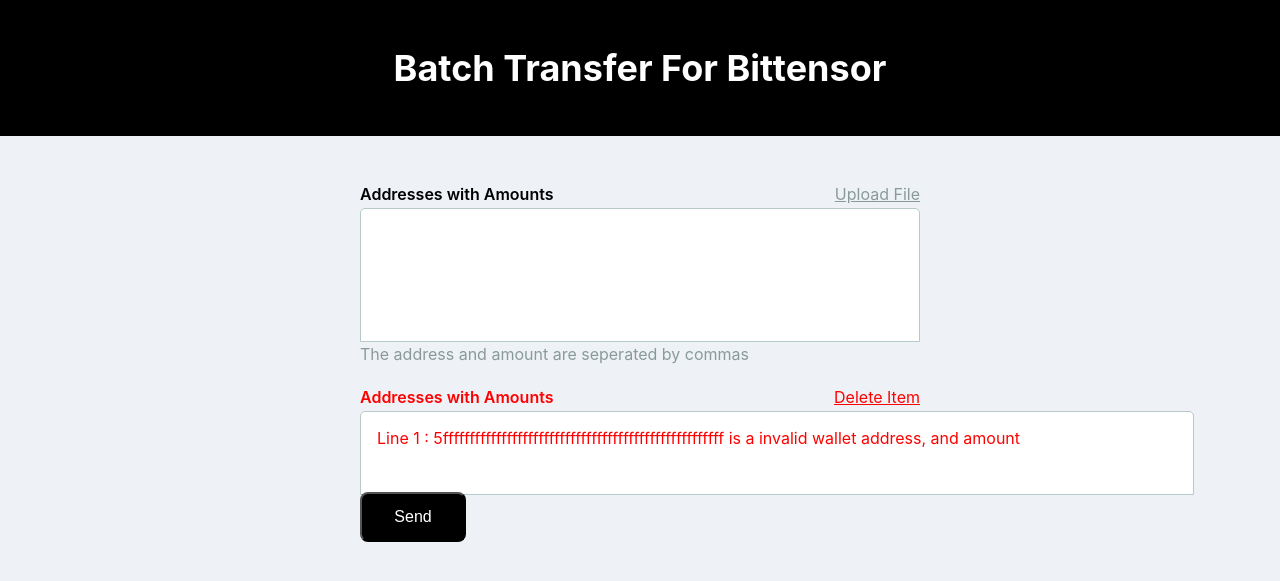
Repository: Dawid-Ace/batch_transfer_tao_master_ui
Page: /
The author's editor kept a copy of each file at every save. The page is drawn from the files as they stood at one save, then again after the next save.
The browser window is 1280 px wide. The pictures show the whole page.
The project was rebuilt for these pictures with package versions that can differ from the ones it lists, and the page was loaded fresh each time.

Above is the page before, as saved 2023-05-10 04:34:04.

After the next save:
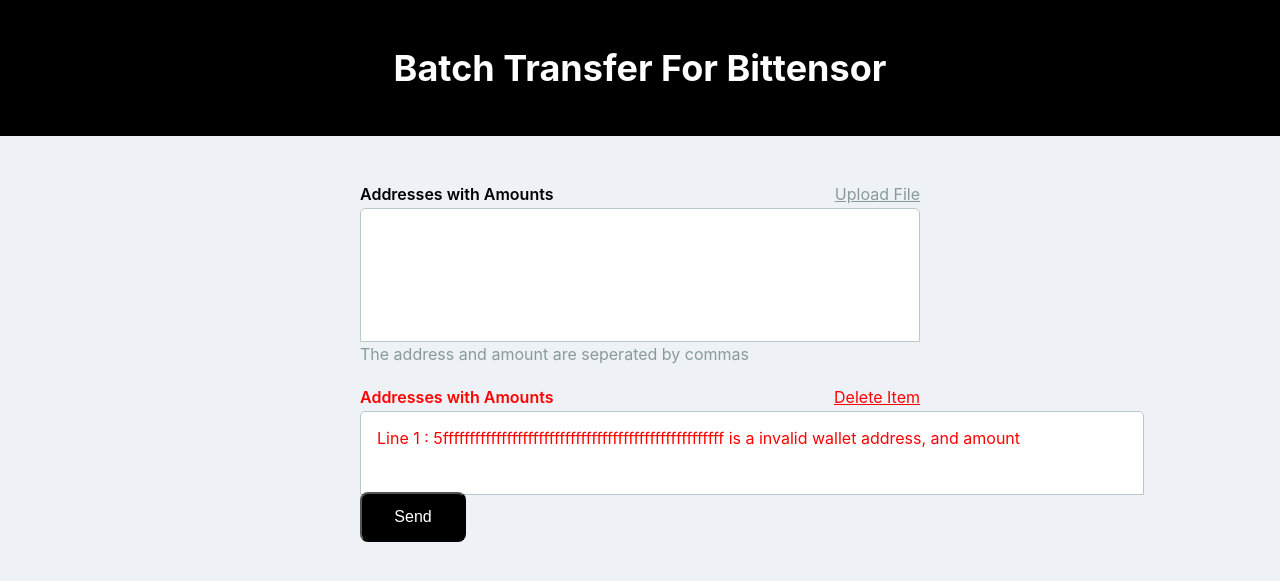
Saved 18 s later.
--- a/src/components/TransferForm/index.jsx
+++ b/src/components/TransferForm/index.jsx
@@ -154,7 +154,7 @@
     padding: 16px;
     background-color: white;
     min-height: 50px;
-    min-width: 800px;
+    min-width: 750px;
   `
 
   return (
